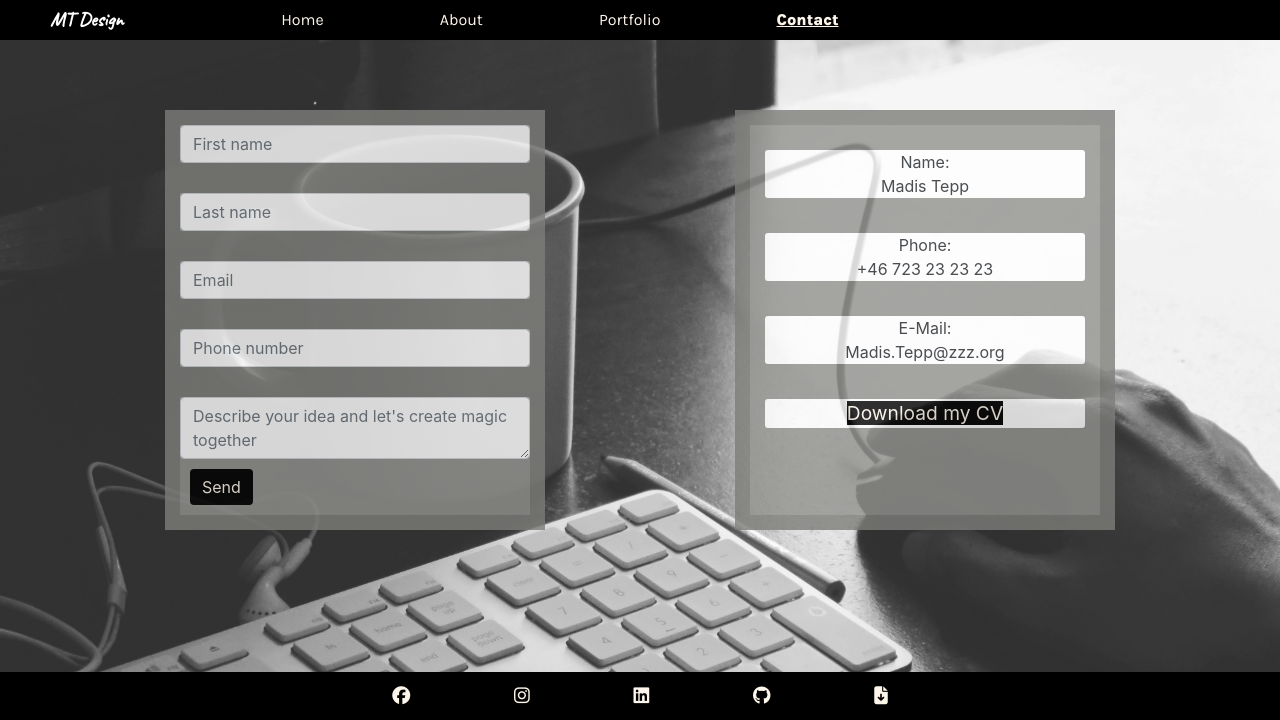
Repository: teppm/personal-portfolio
Page: contact.html
The author's editor kept a record of every edit. The page is drawn from the files as they stood at one moment, then again after the next edit.
The browser window is 1280 px wide. The pictures show the whole page.
Some web libraries are served in a nearby version.

Above is the page before.

### contact.html
<!DOCTYPE html>
<html lang="en">

<head>
    <meta charset="UTF-8">
    <meta name="viewport" content="width=device-width, initial-scale=1.0, shrink-to-fit=no">
    <meta http-equiv="X-UA-Compatible" content="ie=edge">
    <meta name="keywords" content="web, developer, portfolio, full stack, programmer">
    <meta name="author" content="Madis Tepp">
    <meta name="description" content="Web developer portfolio">
    <link rel="stylesheet " href="https://stackpath.bootstrapcdn.com/bootstrap/4.3.1/css/bootstrap.min.css" integrity="sha384-ggOyR0iXCbMQv3Xipma34MD+dH/1fQ784/j6cY/iJTQUOhcWr7x9JvoRxT2MZw1T" crossorigin="anonymous">
    <link href="https://fonts.googleapis.com/css?family=Karla:200,200i,400,400i,700,700i,800,800i&display=swap" rel="stylesheet">
    <link href="https://fonts.googleapis.com/css?family=Caveat&display=swap" rel="stylesheet">
    <link rel="stylesheet" href="assets/css/style.css" type="text/css" />
    <title>Madis Tepp</title>
</head>


<body>

<!--navbar-->

<nav class="navbar navbar-expand-lg fixed-top navbar-dark">
    <a class="navbar-brand" href="index.html">MT Design</a>
    <button class="navbar-toggler" type="button" data-toggle="collapse" data-target="#navbarSupportedContent" aria-controls="navbarSupportedContent" aria-expanded="false" aria-label="Toggle navigation">
    <span class="navbar-toggler-icon"></span>
    </button>

    <div class="collapse navbar-collapse" id="navbarSupportedContent">
        <ul class="navbar-nav mr-auto">
            <li class="nav-item">
                <a class="nav-link" href="index.html">Home</a>
            </li>
            <li class="nav-item ">
                <a class="nav-link" href="aboutme.html">About</a>
            </li>
            <li class="nav-item">
                <a class="nav-link" href="portfolio.html">Portfolio</a>
            </li>
            <li class="nav-item active">
                <a class="nav-link" href="contact.html">Contact <span class="sr-only">(current)</span></a>
            </li>
        </ul>
    </div>
</nav>

<!--navbar end-->
<main>
    <div class="container">
        <div class="row justify-content-around">


            <!--contact form-->


            <div class="col-lg-4 col-sm-12 form-style">
                <form>
                    <div class="contact-page-style">
                        <input type="text" class="form-control" placeholder="First name" required>
                    </div>
                    <div class="contact-page-style">
                        <input type="text" class="form-control" placeholder="Last name" required>
                    </div>
                    <div class="contact-page-style">

                        <input type="email" class="form-control" placeholder="Email" required>
                    </div>
                    <div class="contact-page-style">
                        <input type="tel" class="form-control" placeholder="Phone number" required>
                    </div>
                    <div class="contact-page-style">
                        <textarea class="form-control" placeholder="Describe your idea and let's create magic together" required></textarea>
                        <button class="btn btn-primary" type="submit">Send</button>

                    </div>
                </form>
            </div>

            <!--contact form end-->


            <!--contact details-->

            <div class="col-lg-4 col-sm-12 contact-page-style contact-details-style">
                <ul class="contact-list">
                        <li class="contact-details">Name: <br>Madis Tepp</li>
                        <li class="contact-details">Phone: <br>+46 723 23 23 23</li>
                        <li class="contact-details">E-Mail: <br>Madis.Tepp@zzz.org</li>
                </ul>
                    <div class="contact-details">
                        <a  href="assets/images/Madis_Tepp_CV_2019.docx" target="_blank" class="download-resume">Download my CV</a>
                    </div>
            </div>

            <!--contact details end-->

        </div>
    </div>
</main>

<!--footer section starts here-->


    <footer class="footer fixed-bottom container-fluid">
        <a href="https://www.facebook.com/madis.tepp" target="_blank" title="Visit my Facebook pages"><i class="fab fa-facebook social-links"></i></a>
        <span class="sr-only ">Facebook</span>
        <a href="https://www.instagram.com/teppm/" target="_blank" title="Visit my Instagram account"><i class="fab fa-instagram social-links"></i></a>
        <span class="sr-only ">Instagram</span>
        <a href="https://www.linkedin.com/in/madis-tepp-1a0283b1/" target="_blank" title="Visit my Linkedin account"><i class="fab fa-linkedin social-links"></i></a>
        <span class="sr-only ">Linkedin</span>
        <a href="https://github.com/teppm " target="_blank" title="Visit my GitHub account"><i class="fab fa-github social-links"></i></a>
        <span class="sr-only ">GitHub</span>
        <a href="assets/images/Madis_Tepp_CV_2019.docx" target="_blank" title="Download my resume"><i class="fas fa-file-download social-links"></i></a>
        <span class="sr-only">Resume</span>
    </footer>


<!--footer section ends-->


<!--scrips-->

    <script src="https://code.jquery.com/jquery-3.2.1.slim.min.js" integrity="sha384-KJ3o2DKtIkvYIK3UENzmM7KCkRr/rE9/Qpg6aAZGJwFDMVNA/GpGFF93hXpG5KkN" crossorigin="anonymous"></script>
    <script src="https://cdnjs.cloudflare.com/ajax/libs/popper.js/1.12.9/umd/popper.min.js" integrity="sha384-ApNbgh9B+Y1QKtv3Rn7W3mgPxhU9K/ScQsAP7hUibX39j7fakFPskvXusvfa0b4Q" crossorigin="anonymous"></script>
    <script src="https://maxcdn.bootstrapcdn.com/bootstrap/4.0.0/js/bootstrap.min.js" integrity="sha384-JZR6Spejh4U02d8jOt6vLEHfe/JQGiRRSQQxSfFWpi1MquVdAyjUar5+76PVCmYl" crossorigin="anonymous"></script>
    <script src="https://kit.fontawesome.com/adecd2bab8.js"></script>
</body>
</html>

### assets/css/style.css
/*----------------------------html*/

html {
    background-image: url("../images/rayi-christian-wicaksono-6PF6DaiWz48-unsplash.jpg");
    background-repeat: no-repeat;
    background-color: black;
    background-size: cover;
    min-width: 100%;
    min-height: 100%;
    overflow-y: auto;



}

/*---------------------------------body*/

body {

    background-color: transparent;
    padding-bottom: 60px;
    padding-top: 60px;
}


/*---------------------------------navbar*/

.navbar {
    font-family: "Karla", sans-serif;
    font-weight: bolder;
    color: #FEF6EA;
    padding: 0px;
}



.navbar-dark .navbar-nav .nav-link {
    color: #FEF6EA;
    font-weight: normal;
}

.navbar-dark .navbar-nav .nav-link:hover {
    color: #E8FF00;
}

.navbar-dark .navbar-nav .active>.nav-link {
    color: #FEF6EA;
    font-weight: bolder;
    text-decoration: underline;

}

.navbar-dark>.navbar-brand {
    background-color: #000000;
    margin-right: 50px;
    padding-right: 50px;
    padding-left: 50px;
    color: #E8FF00;
    font-family: "Caveat", cursive;

}

.nav-link {
    margin: 0px 50px 0px 50px;
}
.navbar.navbar-expand-lg.fixed-top.navbar-dark {
    background-color: #000000;
}


/*----------------------------------index.html page content*/

.index-text-style {
    color: #FEF6EA;
    text-align: center;
    background-color: #91918E;
    opacity: 0.8;
    border: 15px solid #7D7D7A;
    margin: 0px 15px 0px 15px;
}

.embed-responsive {
    width: 70%;
    opacity: 0.9;
}


/*--------------------------------------about.html page content*/

.about,
.skills,
.work-history {
    background-color: #91918E;
    border: 15px solid #7D7D7A;
    padding-bottom: 25px;
    padding-top: 25px;
    opacity: 0.8;
    margin: 0px 15px 0px 15px;
    color: #FEF6EA;




}

.about-image {
    width: 100%;
    height: 100%;
    border: 15px solid #7D7D7A;



}

.about-image-container {
    padding-left: 0px;
    padding-right: 0px;
    margin: 0px 15px 0px 15px;

}



.work-history-style {
    padding-left: 0px;
}

.about-me-p {
    margin: 0px;
    font-size: small;
    text-align: left;
    color: #FEF6EA;

}

.progress {
    background-color: #5e6164;
}

.progress-bar {
    background-color: #000000;
}

h4 {
    text-decoration: underline;
}

h6 {
    margin-top: 10px;
    margin-bottom: 0px;
}

/*---------------------------------portfolio page content*/

.works-done {
    background-color: #91918E;
    border: 15px solid #7D7D7A;
    opacity: 0.8;
    font-size: small;
    padding-bottom: 70px;
    margin: 0px 15px 0px 15px;


}

.portfolio-p {
    margin-top: 15px;
    text-align: center;
    color: #FEF6EA;

}

.portfolio-image {
    width: 100%;
    height: 100%;
    padding-bottom: 35px;
}

.portfolio-heading {
    margin-bottom: 50px;
    color: #FEF6EA;
    text-align: center;
}

/*---------------------------------contact page content*/

.contact-page-style {
    background-color: #91918E;
    border: 15px solid #7D7D7A;
    opacity: 0.8;


}

.contact-p {
    background-color: #91918E;
    text-align: center;
    font-weight: bold;
    opacity: 0.8;
    color: #FEF6EA;
}


.btn {
    background-color: black;
    border: 15px black;
    color: #FEF6EA;
    margin: 10px;
}

.btn:hover {
    color: #960A03;
    background-color: black;
}

.btn:visited {
    color: #960A03;
    color: #E8FF00;
}

.contact-details {
    background-color: white;
    margin-top: 25px;
    margin-bottom: 35px;
    text-align: center;
    border-radius: 3px;
}

.download-resume {
    color: #FEF6EA;
    font-size: larger;
    background-color: black;
    width: 100%;


}

.download-resume:hover {
    text-decoration: none;
    color: #E8FF00;
}

.contact-list {
    padding-left: 0px;

}

.form-style {
    padding:0px;

}


/*---------------------------------footer*/

.social-links {
    color: #FEF6EA;
    font-size: large;
    transition: all;
    transition-timing-function: ease-in-out;
    margin: 15px 50px 15px 50px;


}

.social-links:hover {
    color: #E8FF00;
    text-decoration: none;


}

.footer {
    font-family: "Karla", sans-serif;
    text-align: center;
    bottom: 0px;
    background-color: #000000;

}


/*--------------------------------------list*/

li {
    list-style-type: none;
    text-align: center;
}





/*--------------------------------------img-fluid*/

.img-fluid {
    max-width: 100%;
    height: auto;
}




/*------------------------------------------container*/

.container {

    margin-top: 50px;

}



/*----------------------------------------------media query--*/

@media (max-width:767px) {
    .social-links {
        margin: 15px;
    }

}

@media (max-width:1024px) {
    .works-done {
        padding-bottom: 100px;

    }

    .contact-details-style {
        margin-left: 15px;
        margin-right: 15px;

    }

    .embed-responsive {
        width: 90%;
    }
}

@media (max-with:576px) {
     .form-style {
         padding-left:15px;
        padding-right: 15px;

}
}

After the next edit:
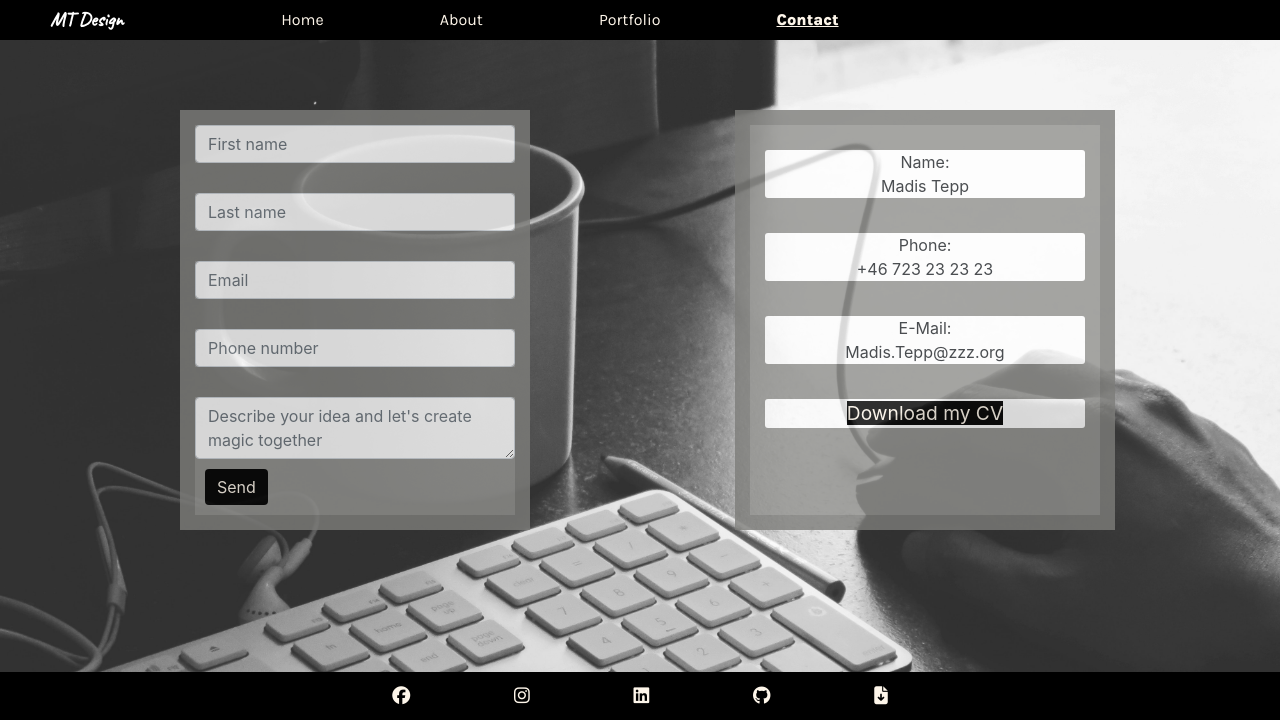
The edit:
--- a/contact.html
+++ b/contact.html
@@ -53,8 +53,8 @@
             <!--contact form-->
 
 
-            <div class="col-lg-4 col-sm-12 form-style">
-                <form>
+            <div class="col-lg-4 col-sm-12">
+                <form class="form-style">
                     <div class="contact-page-style">
                         <input type="text" class="form-control" placeholder="First name" required>
                     </div>
